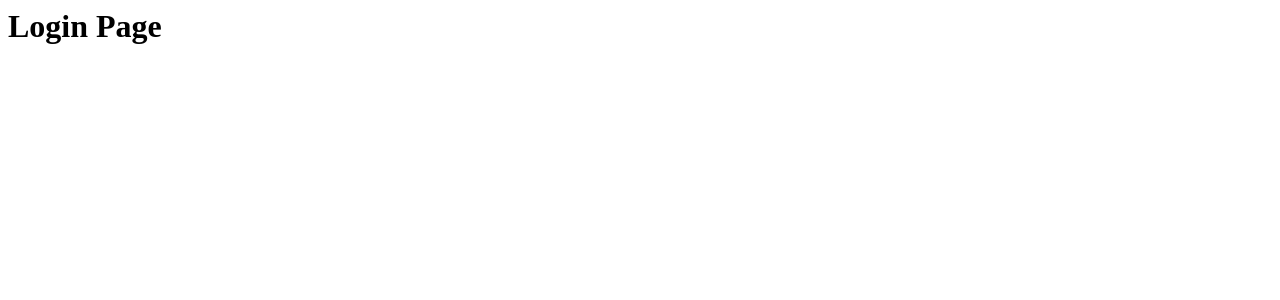
Repository: mayurofficial/E-com-Project
Page: http://localhost/
The author's editor kept a copy of each file at every save. The page is drawn from the files as they stood at one save, then again after the next save.
The browser window is 1280 px wide. The pictures show the whole page.
The page is served by the project's Laravel application, run on PHP 8.4 with Laravel 8.

Above is the page before, as saved 2021-04-12 17:45:27.

After the next save:
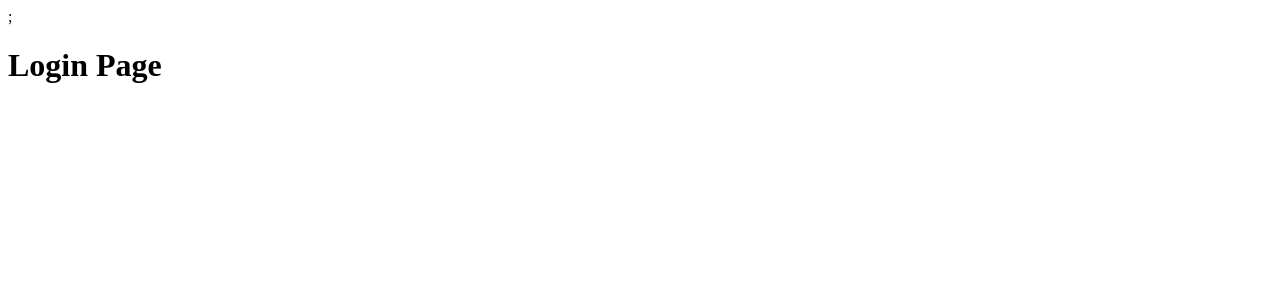
Saved 23 s later.
--- a/resources/views/login.blade.php
+++ b/resources/views/login.blade.php
@@ -1 +1,2 @@
+@extends('master');
 <h1>Login Page </h1>
